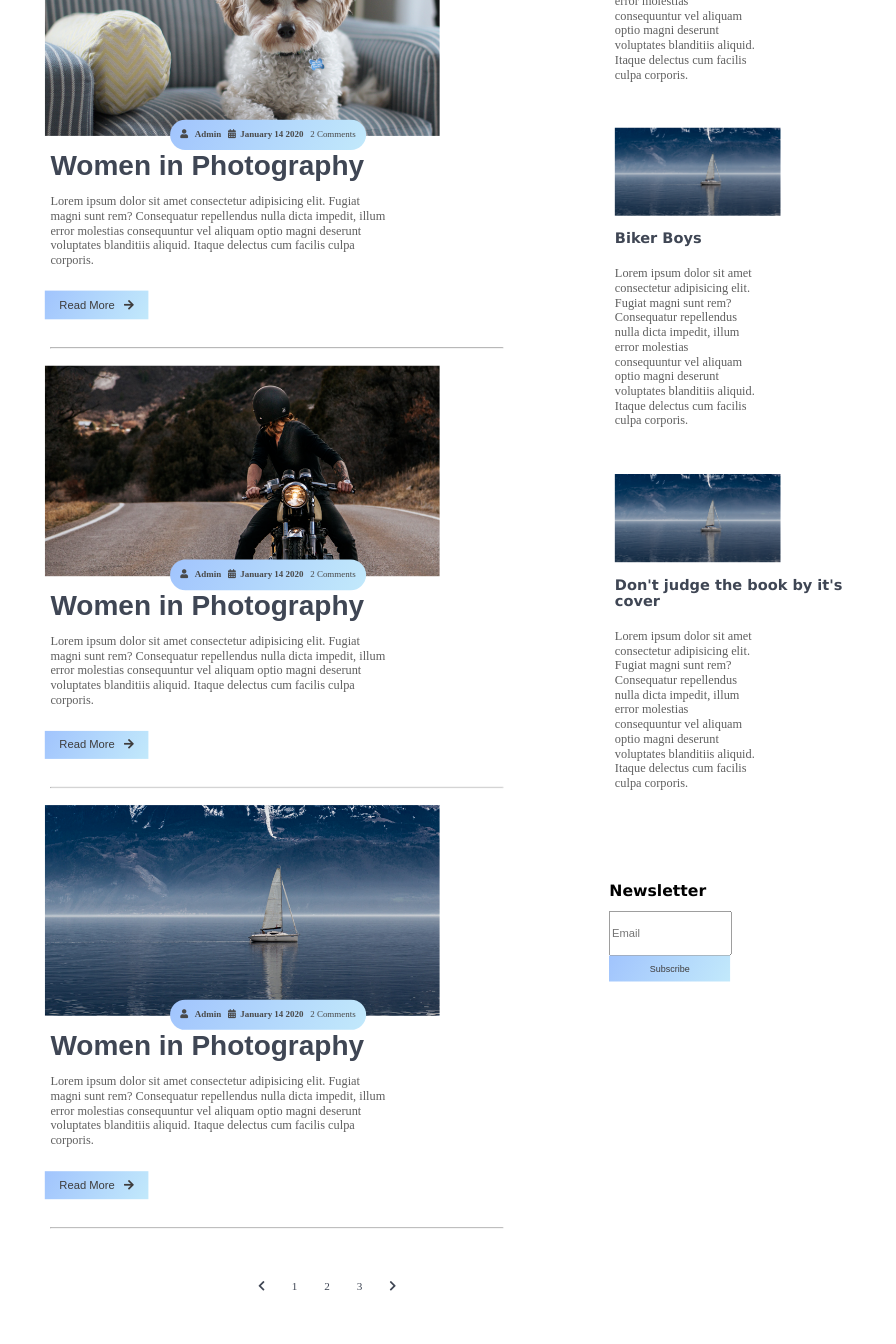
Repository: premjawaharp/Blogsite
Page: index.html
These files come from the project's save history. The page is drawn as it stood at one moment and after a run of saves; the edit follows.
The browser window is 1280 px wide. The pictures show the part of the page from y = 2033 to 3953 px (the page is 3953 px tall), at 70% of full size.

Above is the page before, as saved 2020-09-16 21:28:26.

### index.html
<!DOCTYPE html>
<html lang="en">
<head>
    <meta charset="UTF-8">
    <meta name="viewport" content="width=device-width, initial-scale=1.0">
    <title>Blogger</title>

    <!--Font Awesome style-->
    <link rel="stylesheet" href="css/all.css">

    <!-- Owl Carousel style -->
    <link rel="stylesheet" href="./css/owl.carousel.min.css">
    <link rel="stylesheet" href="./css/owl.theme.default.css">

    <!--Custom style-->
    <link rel="stylesheet" href="css/style.css">
</head>
<body>
    <!------------- Navigation ------------------>
   <nav class="nav">
        <div class="nav-menu flex-row">
            <div class="nav-brand">
                <a href="#" class="text-gray">Premonation</a>
            </div>
            <div class="toggle-collapse">
                <div class="toggle-icons">
                    <i class="fas fa-bars"></i>
                </div>
            </div>
            <div>
                <ul class="nav-items">
                    <li class="nav-link">
                        <a href="#">Home</a>
                    </li>
                    <li class="nav-link">
                        <a href="#">Category</a>
                    </li>
                    <li class="nav-link">
                        <a href="#">Archive</a>
                    </li>
                    <li class="nav-link">
                        <a href="#">Pages</a>
                    </li>
                    <li class="nav-link">
                        <a href="#">Contact Us</a>
                    </li>
                </ul>
            </div>
            <div class="social text-gray">
                    <a href="#"><i class="fab fa-facebook-f"></i></a>
                    <a href="#"><i class="fab fa-instagram"></i></a>
                    <a href="#"><i class="fab fa-twitter"></i></a>
                    <a href="#"><i class="fab fa-youtube"></i></a>
            </div>
        </div>
    </nav>
    <!-----x------- Navigation --------x--------->

    <!-- Main site section -->
    <main>
        <!---- Site title ---->
        <section class="site-title">
            <div class="site-background">
                <h3>Tours & Travels</h3>
                <h1>Amazing Place on Earth</h1>
                <button class="btn">Explore</button>
            </div>
        </section>
        <!-- x Site title x -->
        <!-- Blog Carousel content -->
        <section>
            <div class="blog">
                <div class="container">
                    <div class="owl-carousel owl-theme blogpost">
                        <div class="blog-content">
                            <img src="./assets/Blog-post/post-1.jpg" alt="post1">
                            <div class="blog-title">
                                <h3>London Fashion Week</h3>
                                <button class="btn">Fashion</button>
                            </div>
                        </div>
                        <div class="blog-content">
                            <img src="./assets/Blog-post/post-2.jpg" alt="post2">
                            <div class="blog-title">
                                <h3>London Fashion Week</h3>
                                <button class="btn">Fashion</button>
                            </div>
                        </div>
                        <div class="blog-content">
                            <img src="./assets/Blog-post/post-3.jpg" alt="post3">
                            <div class="blog-title">
                                <h3>London Fashion Week</h3>
                                <button class="btn">Fashion</button>
                            </div>
                        </div>
                        <div class="blog-content">
                            <img src="./assets/Blog-post/post-1.jpg" alt="post1">
                            <div class="blog-title">
                                <h3>London Fashion Week</h3>
                                <button class="btn">Fashion</button>
                            </div>
                        </div>

                    </div>
                    <div class="owl-navigation">
                        <span class="owl-nav-prev"><i class="fas fa-long-arrow-alt-left"></i></span>
                        <span class="owl-nav-next"><i class="fas fa-long-arrow-alt-right"></i></span>
                    </div>
                </div>
            </div>
        </section>
        <!-- x Blog Carousel content x -->

        <!---- Site Content ---->

        <section class="container">
            <div class="site-content">
                <div class="posts">
                    <div class="post-content">
                        <div class="post-image">
                            <div>
                                <img  src="./assets/Blog-post/blog1.png" class="img" alt="blog1">
                            </div>
                            <div class="post-info flex-row">
                                <span><i class="fas fa-user text-gray">&nbsp;&nbsp; Admin</i></span>&nbsp;
                                <span><i class="fas fa-calendar-alt text-gray">&nbsp;&nbsp;January 14 2020</i></span>&nbsp;
                                <span class="text-gray">2 Comments</span>
                            </div>
                        </div>
                        <div class="post-title">
                            <a href="#"><h1>Women in Photography</h1></a>
                            <p>Lorem ipsum dolor sit amet consectetur adipisicing elit.
                                Fugiat magni sunt rem? Consequatur repellendus nulla dicta impedit, illum error molestias consequuntur vel aliquam optio magni deserunt voluptates blanditiis aliquid. Itaque delectus cum facilis culpa corporis.</p>
                        </div>
                        <button class="btn post-btn">Read More &nbsp; <i class="fas fa-arrow-right"></i></button>
                    </div>
                    <hr>
                    <div class="post-content">
                        <div class="post-image">
                            <div>
                                <img  src="./assets/Blog-post/blog2.png" class="img" alt="blog">
                            </div>
                            <div class="post-info flex-row">
                                <span><i class="fas fa-user text-gray">&nbsp;&nbsp; Admin</i></span>&nbsp;
                                <span><i class="fas fa-calendar-alt text-gray">&nbsp;&nbsp;January 14 2020</i></span>&nbsp;
                                <span class="text-gray">2 Comments</span>
                            </div>
                        </div>
                        <div class="post-title">
                            <a href="#"><h1>Women in Photography</h1></a>
                            <p>Lorem ipsum dolor sit amet consectetur adipisicing elit.
                                Fugiat magni sunt rem? Consequatur repellendus nulla dicta impedit, illum error molestias consequuntur vel aliquam optio magni deserunt voluptates blanditiis aliquid. Itaque delectus cum facilis culpa corporis.</p>
                        </div>
                        <button class="btn post-btn">Read More &nbsp; <i class="fas fa-arrow-right"></i></button>
                    </div>
                    <hr>
                    <div class="post-content">
                        <div class="post-image">
                            <div>
                                <img  src="./assets/Blog-post/blog3.png" class="img" alt="blog3">
                            </div>
                            <div class="post-info flex-row">
                                <span><i class="fas fa-user text-gray">&nbsp;&nbsp; Admin</i></span>&nbsp;
                                <span><i class="fas fa-calendar-alt text-gray">&nbsp;&nbsp;January 14 2020</i></span>&nbsp;
                                <span class="text-gray">2 Comments</span>
                            </div>
                        </div>
                        <div class="post-title">
                            <a href="#"><h1>Women in Photography</h1></a>
                            <p>Lorem ipsum dolor sit amet consectetur adipisicing elit.
                                Fugiat magni sunt rem? Consequatur repellendus nulla dicta impedit, illum error molestias consequuntur vel aliquam optio magni deserunt voluptates blanditiis aliquid. Itaque delectus cum facilis culpa corporis.</p>
                        </div>
                        <button class="btn post-btn">Read More &nbsp; <i class="fas fa-arrow-right"></i></button>
                    </div>
                    <hr>
                    <div class="post-content">
                        <div class="post-image">
                            <div>
                                <img  src="./assets/Blog-post/blog4.png" class="img" alt="blog3">
                            </div>
                            <div class="post-info flex-row">
                                <span><i class="fas fa-user text-gray">&nbsp;&nbsp; Admin</i></span>&nbsp;
                                <span><i class="fas fa-calendar-alt text-gray">&nbsp;&nbsp;January 14 2020</i></span>&nbsp;
                                <span class="text-gray">2 Comments</span>
                            </div>
                        </div>
                        <div class="post-title">
                            <a href="#"><h1>Women in Photography</h1></a>
                            <p>Lorem ipsum dolor sit amet consectetur adipisicing elit.
                                Fugiat magni sunt rem? Consequatur repellendus nulla dicta impedit, illum error molestias consequuntur vel aliquam optio magni deserunt voluptates blanditiis aliquid. Itaque delectus cum facilis culpa corporis.</p>
                        </div>
                        <button class="btn post-btn">Read More &nbsp; <i class="fas fa-arrow-right"></i></button>
                    </div>
                    <hr>
                    <div class="pagination flex-row">
                        <a href="#"><i class="fas fa-chevron-left"></i></a>
                        <a href="#" class="page">1</a>
                        <a href="#" class="page">2</a>
                        <a href="#" class="page">3</a>
                        <a href="#" ><i class="fas fa-chevron-right"></i></a>
                    </div>
                </div>
                <aside class="sidebar">
                    <div class="category">
                        <h3>Category</h3>
                        <ul class="category-list">
                            <li class="list-items">
                                <a href="#">Software</a>
                                <span>(05)</span>
                            </li>
                            <li class="list-items">
                                <a href="#">Technology</a>
                                <span>(03)</span>
                            </li>
                            <li class="list-items">
                                <a href="#">Lifestyle</a>
                                <span>(02)</span>
                            </li>
                            <li class="list-items">
                                <a href="#">Shopping</a>
                                <span>(06)</span>
                            </li>
                            <li class="list-items">
                                <a href="#">Food</a>
                                <span>(04)</span>
                            </li>
                        </ul>
                    </div>
                    <div class="popular-post">
                        <h3>Popular Posts</h3>
                        <div class="post-content">
                            <div class="post-image">
                                <div>
                                    <img  src="./assets/Blog-post/blog4.png" class="img" alt="blog3">
                                </div>

                            </div>
                            <div class="post-title">
                                <a href="#"><h4>Women in Photography</h4></a>
                                <p>Lorem ipsum dolor sit amet consectetur adipisicing elit.
                                    Fugiat magni sunt rem? Consequatur repellendus nulla dicta impedit, illum error molestias consequuntur vel aliquam optio magni deserunt voluptates blanditiis aliquid. Itaque delectus cum facilis culpa corporis.</p>
                            </div>
                        </div>
                        <div class="post-content">
                            <div class="post-image">
                                <div>
                                    <img  src="./assets/Blog-post/blog4.png" class="img" alt="blog3">
                                </div>
                            </div>
                            <div class="post-title">
                                <a href="#"><h4>Biker Boys</h4></a>
                                <p>Lorem ipsum dolor sit amet consectetur adipisicing elit.
                                    Fugiat magni sunt rem? Consequatur repellendus nulla dicta impedit, illum error molestias consequuntur vel aliquam optio magni deserunt voluptates blanditiis aliquid. Itaque delectus cum facilis culpa corporis.</p>
                            </div>
                        </div>
                        <div class="post-content">
                            <div class="post-image">
                                <div>
                                    <img  src="./assets/Blog-post/blog4.png" class="img" alt="blog3">
                                </div>
                            </div>
                            <div class="post-title">
                                <a href="#"><h4>Don't judge the book by it's cover</h4></a>
                                <p>Lorem ipsum dolor sit amet consectetur adipisicing elit.
                                    Fugiat magni sunt rem? Consequatur repellendus nulla dicta impedit, illum error molestias consequuntur vel aliquam optio magni deserunt voluptates blanditiis aliquid. Itaque delectus cum facilis culpa corporis.</p>
                            </div>
                        </div>
                        <div class="news-letter">
                            <div class="news-form">
                                <h3>Newsletter</h3>
                                <div class="news-inputs">
                                    <input type="text" class='input-element' placeholder="Email">
                                    <button class="new-form-btn btn">Subscribe</button>
                                </div>

                            </div>
                        </div>

                    </div>
                </aside>

            </div>
        </section>
        <!-- x Site Content x -->

    </main>

    <!-- x Main site section x -->

    <!-- Jquery library -->
    <script src="js/jquery3.5.1.min.js"></script>
    <!-- Owl Carousel Js -->
    <script src="js/owl.carousel.min.js"></script>
    <!-- Custom javascript -->
    <script src="js/script.js"></script>



</body>
</html>

### css/style.css
@import url('./fonts.css');

html,body{
    margin: 0%;
    box-sizing: border-box;
    overflow-x: hidden;
}

:root{

    /*--------- theme font-family --------- */
    --Montserrat: Montserrat, 'Courier New';
    --Monsterrat-bold: Montserrat-Medium;
    --Anton-regular: Anton-Regular;

    /* theme color */
    --text-gray: #3f4654;
    --light-grey: rgb(73, 73, 73);
    --text-light: #5f5f5f;
    --bg-color: black;
    --white: white;
    --mild-grey: rgb(194, 197, 197);
    --midnight: rgb(21, 37, 37);

    /* --------gradient color -------- */
    --sky-blue: linear-gradient(to top, #fff1eb 0%, #ace0f9 100%);
    --mel-green: linear-gradient(to top, #c1dfc4 0%, #deecdd 100%);
    --rare-wind: linear-gradient(to top, #f8d8e8 0%, #c8eef5 100%);
    --water-sky: linear-gradient(120deg, #a1c4fd 0%, #c2e9fb 100%);;

}




/* --------global classes-------- */
a{
    text-decoration: none;
    color: var(--text-gray);
}

.flex-row{
    display: flex;
    flex-direction:row ;
    flex-wrap: wrap;
}

ul{
    list-style-type: none;
}

h1{
    font-family: sans-serif;
    font-size: 2.5rem;
}

h3{
    font-family: Geneva;
    font-size: 1.4rem;
}

h4{
    font-family: Geneva;
    font-size: 1.3rem;
}


button.btn{
    border: none;
    border-radius: 4rem;
    padding: 1rem 3rem;
    font-family: sans-serif;
    font-size: 1rem;
    color: rgb(62, 60, 60);
    cursor: pointer;
}

.container{
    margin: 0 5vw;
}

.text-gray{
    color: var(--light-grey);
}

p{
    color: var(--text-light);
    font-size: 1.1rem;
    margin-right: 40%;
}

/* ----x----global classes---x----- */



/* --------navbar-------- */
.nav {
   background: white;
    padding: 0 2rem;
    height: 0rem;
    min-height: 8vh;
    overflow: hidden;
    transition: .5s ease-in;
}
.nav-brand {
    font-size: 1.6rem;
    padding: 1.6rem 0;
    font-family: var(--Monsterrat-bold) ;
}

.nav .nav-menu{
    justify-content: space-between;
    font-family: var(--Montserrat)
}

.nav .toggle-collapse{
    position: absolute;
    top:0%;
    width: 90%;
    cursor: pointer;
    display: none;
}
.nav .toggle-collapse .toggle-icons{
    display: flex;
    justify-content: flex-end;
    padding: 1.7rem 0;
}
.nav .toggle-collapse .toggle-icons i{
    font-size: 1.4rem;
    color: var(--midnight);
}


.collapse{
    height: 30rem;
}

.nav .nav-items{
    display: flex;
    margin: 0;
    padding: .5rem;

}
.nav-link{
    padding: 1.6rem 1rem;
    font-size: 1.1rem;
    position: relative;
}
.nav-link:hover{
    background-color: rgb(52, 65, 62);
}

.collapse{
    height: 30rem;
}
.nav-link:hover a{
    color: white
}

.nav .social{
    padding: 2rem;
}

.nav .social i{
    padding: 0 .3rem;
}
.nav .social i:hover{
    color: var(--mild-grey)
}

/* ----x----navbar----x---- */

/* Main Content */


/* --- Site title --- */

main .site-title{
    background:url('../assets/Background-image.png');
    background-size: cover;
    height: 100vh;
    display: flex;
    justify-content: center;
}

main .site-title .site-background{
    padding: 10rem;
    text-align: center;
    color: var(--white);
}

main .site-title h1,h3{
    margin: .3rem;
}
main .site-title .btn{
    margin: 1.8rem;
    background: var(--sky-blue);
}

main .site-title .btn:hover{
    background: transparent ;
    border:1px solid rgb(207, 226, 179);
    color:whitesmoke
}

/* ---x Site title x--- */

/*---- blog-carousal -----*/
main .blog{
    background: url('../assets/Abract01.png');
    background-repeat: no-repeat;
    background-position: right;
    height: 70vh;
    width: 100%;
    background-size: 55%;

}

main .blog .blogpost{
    padding-top: 6rem;
}

main .blog .blog-content{
    display: flex;
    flex-direction: column;
    text-align: center;
    width: 70%;
    margin: 3rem 2rem;
    box-shadow: 0 15px 20px grey;
}

main .blog-content .blog-title{
    padding: 2rem 0;
}

main .blog-content .btn{
    background: var(--rare-wind);
    margin: .5rem;
}

section .container .owl-nav{
    position: absolute;
    top:10%;
    width: 100%;
}

section .container .owl-nav .owl-nav-prev,
.container .owl-nav .owl-nav-next{
    color: rgb(78, 77, 77);
    font-size: 2rem;
    background: transparent;
}

.owl-theme .owl-nav [class*='owl-']:hover {
    background: transparent;
    color:grey;
    text-decoration: none;
    outline: none;

}

/*---x blog-carousal x----*/

/* Site Content */
main .site-content{
    display: grid;
    grid-template-columns: 70% 30%;
}

main .post-content .post-title a{
    width: 100%;
    margin-bottom: 5rem;
}
main .post-content .post-title h1{
   margin:0rem
}
/* x Site Content x */

.post-image, .post-title{
    padding: 1rem 0rem;
    position: relative;

}

main .site-content .post-content > .post-image .post-info{
    background: var(--water-sky);
    padding: .7rem;
    font-size: .8rem;
    position: absolute;
    bottom: 0%;
    left: 14vw;
    border-radius: 4rem;

}

main .site-content .post-content > .post-image div{
    overflow: hidden;
}

main .site-content .post-content > .post-image .img{
    width: 70%;
    transition: all 1s ease;
}
main .site-content .post-content > .post-image .img:hover{
    transform: scale(1.2);
}

main .site-content .post-content > .post-image .post-info span{
    margin: .2rem
}

main .post-content .post-title a{
    font-size: 1.5rem;
}

main .post-content{
    width: 100%;
    padding-bottom: 2rem;

}

main .post-content .post-btn {
    border-radius: 0;
    padding: .7rem 1.3rem;
    margin-left: 0rem;
    background: var(--water-sky);
}

.site-content .pagination{
    justify-content: center;
    margin: 4rem 0;
}
.site-content .pagination a{
    padding: .6rem .9rem;
    border-radius: 2rem;
    margin:0 .3rem;
}

.site-content .pagination .page{

    color: var(--text-gray);
}

.site-content .pagination .page:hover{
    cursor: pointer;
    color: white;
    background:var(--text-gray);
}

/*--x Site Content x--*/

/* ---sidebar--- */
.site-content >.sidebar .category-list {
    padding: 0rem 0rem;
    margin: 0rem 0rem;
    width: 80%;
}
.site-content >.sidebar .category-list .list-items{
    background: var(--water-sky);
    padding: .7rem 1rem;
    margin:1rem 0rem;
    border-radius: 2rem;
    width: 60%;
    display: flex;
    justify-content: space-between;

}
.site-content > .sidebar .category-list .list-items:hover {
    cursor: pointer;
    transform: scale(1.1);
    transition: all .5s ease-in-out;
}

.site-content >.sidebar .category-list{
    font-family: sans-serif;
    color: var(--text-gray);
}
.site-content .posts hr{
    margin-left: .5rem;
    width: 80%;

}
.popular-post h3{
    padding-top: 4rem;
    padding-bottom: 1rem;
}
.popular-post h4{
    margin-top: 0rem;
}
.sidebar .popular-post .post-image,.post-title{
    padding-left: .5rem;
    padding-top: 0rem;
}
.news-form h3{
    margin:0rem;
    padding-bottom: 1rem;
}
.news-letter .news-form input{
    width: 13vw;
    height: 8vh;
    font-size: 1rem;
}
.news-inputs{
    display: flex;
    width: 50%;
    flex-direction: column;
}
main .news-letter .news-form .new-form-btn {
    border-radius: 0;
    padding: .7rem 1.3rem;
    margin-left: 0rem;
    background: var(--water-sky);
    font-size:1vw;
}




/* -x--sidebar--x- */
/* x Main Content x */
@media only screen and (max-width: 750px){
    .nav .nav-menu, .nav-items{
        flex-direction: column;
    }

    .nav .toggle-collapse{
        display: initial;
    }

}

/* viewoprt less than or equal to 750px */

### css/fonts.css
@font-face{
    font-family: Montserrat;
    src: url(../Montserrat/Montserrat-Light.ttf)
}
@font-face{
    font-family: Montserrat-Bold;
    src: url(../Montserrat/Montserrat-Bold.ttf)
}
@font-face{
    font-family: Montserrat-SemiBold;
    src: url(../Montserrat/Montserrat-SemiBold.ttf)
}
@font-face{
    font-family: Montserrat-Medium;
    src: url(../Montserrat/Montserrat-Regular.ttf)
}

@font-face{
    font-family: Anton-Regular;
    src: url(../Anton/Anton-Regular.ttf)
}

Loaded but not shown: css/all.css (library); css/owl.carousel.min.css (library); css/owl.theme.default.css (common file); js/jquery3.5.1.min.js (library); js/owl.carousel.min.js (library); js/script.js (26 lines, source omitted)

After the next 2 saves:
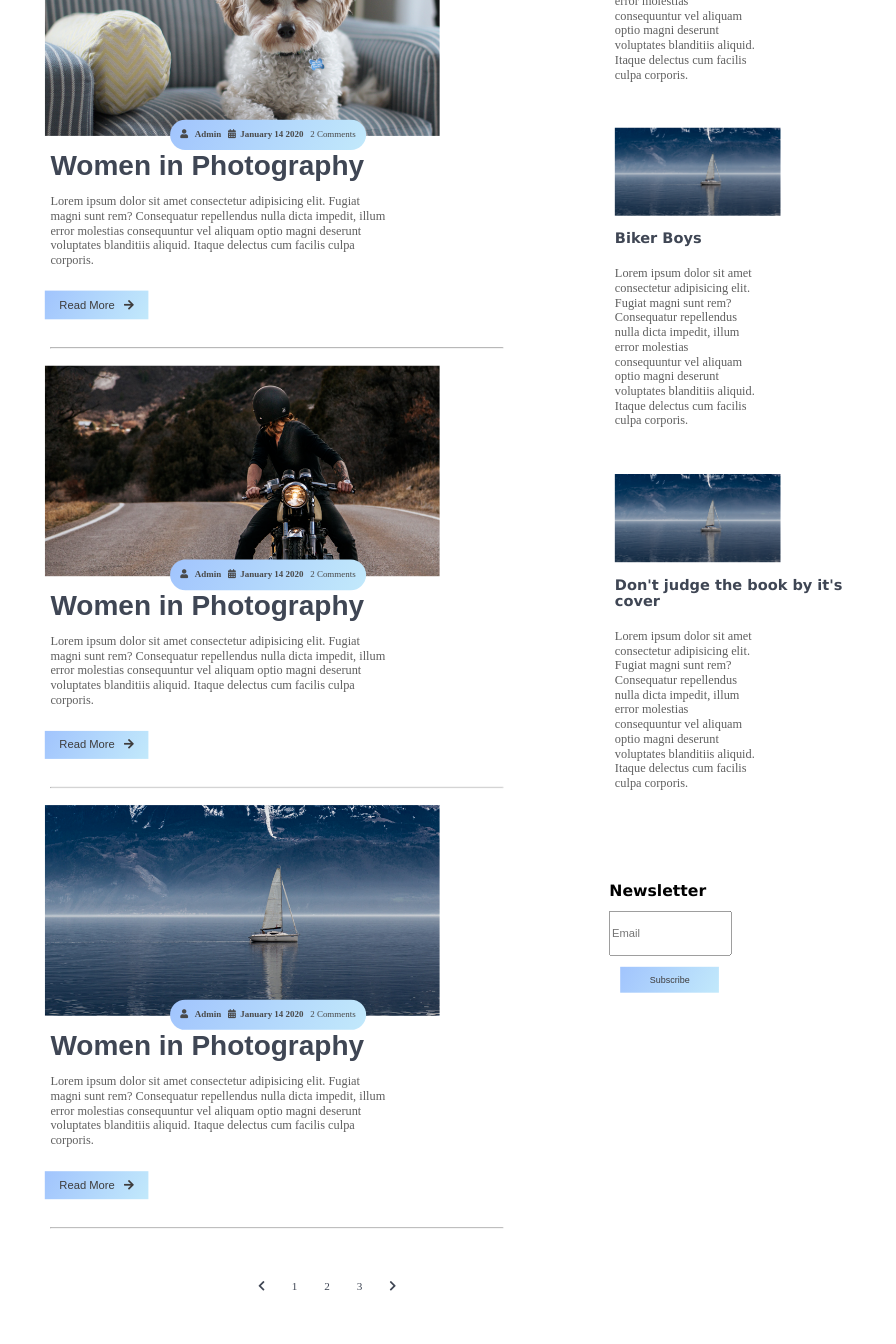
The 2 saves are shown as one change because they came seconds apart.
The last was saved 11 s later.
--- a/css/style.css
+++ b/css/style.css
@@ -408,7 +408,7 @@ main .post-content .post-btn {
 main .news-letter .news-form .new-form-btn {
     border-radius: 0;
     padding: .7rem 1.3rem;
-    margin-left: 0rem;
+    margin: 1rem;
     background: var(--water-sky);
     font-size:1vw;
 }
